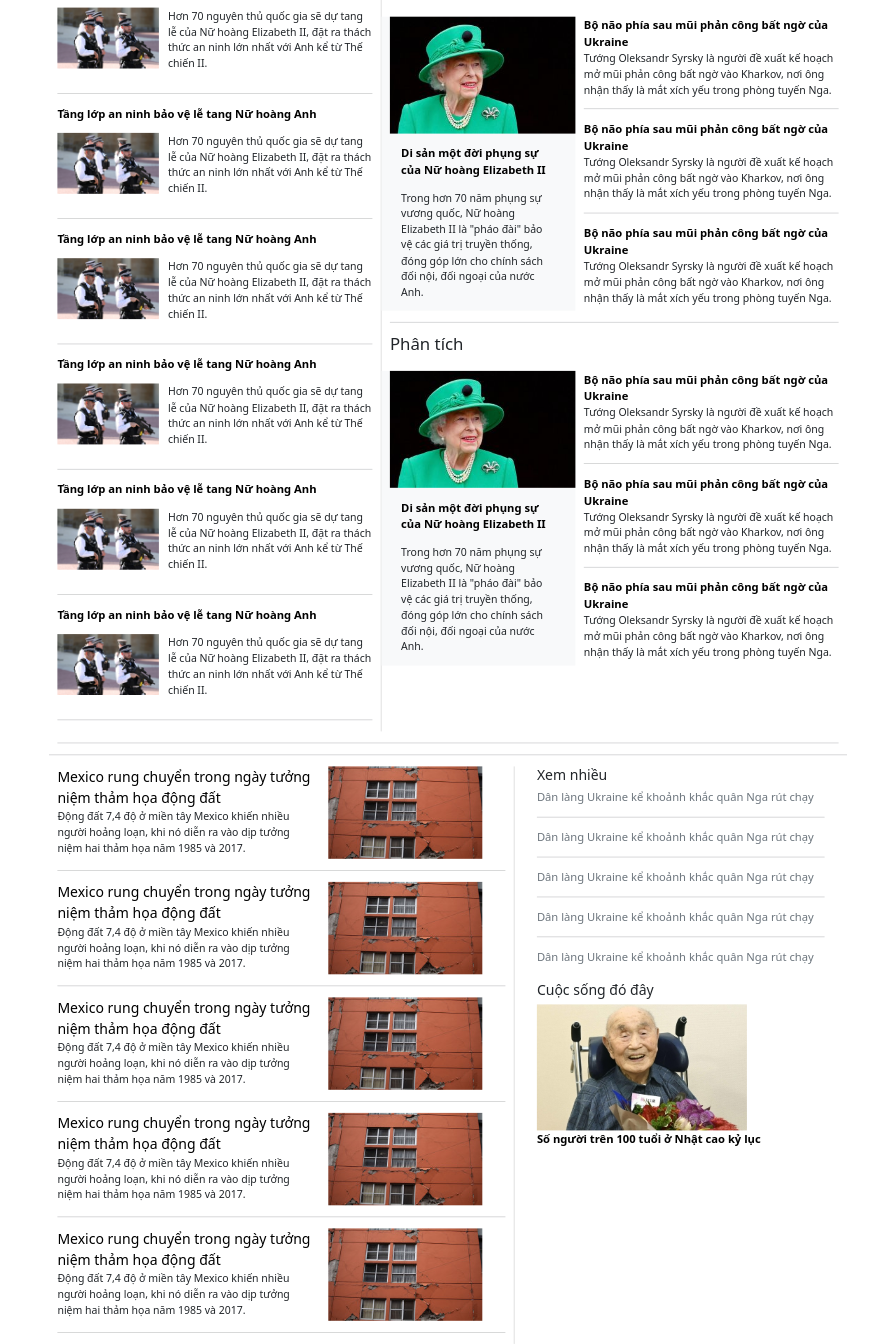
Repository: trongtamdev/lession1_html_sleepcloud
Page: vnExpress.html
These files come from the project's save history. The page is drawn as it stood at one moment and after the next save; the edit follows.
The browser window is 1280 px wide. The pictures show the part of the page from y = 707 to 2627 px (the page is 2627 px tall), at 70% of full size.

Above is the page before, as saved 2022-09-20 15:38:10.

After the next save:
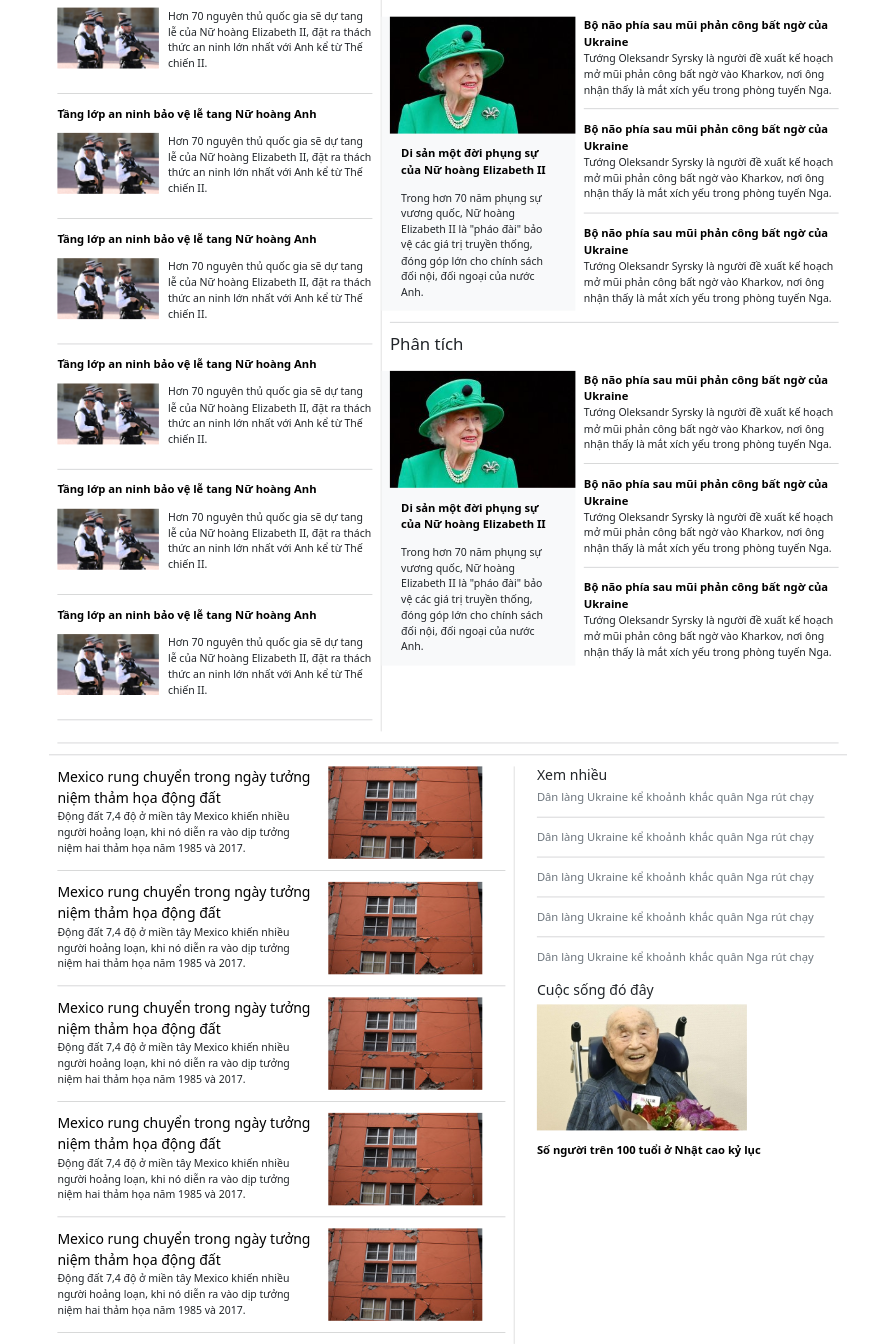
Saved 8 s later.
--- a/vnExpress.html
+++ b/vnExpress.html
@@ -495,7 +495,7 @@
 
             <div class="mt-3">
               <h5>Cuộc sống đó đây</h5>
-              <div class="">
+              <div class="mb-3">
                 <img src="./assets/vnEpressImage/side-content-medium.jpg" />
               </div>
               <a class="title-post"
